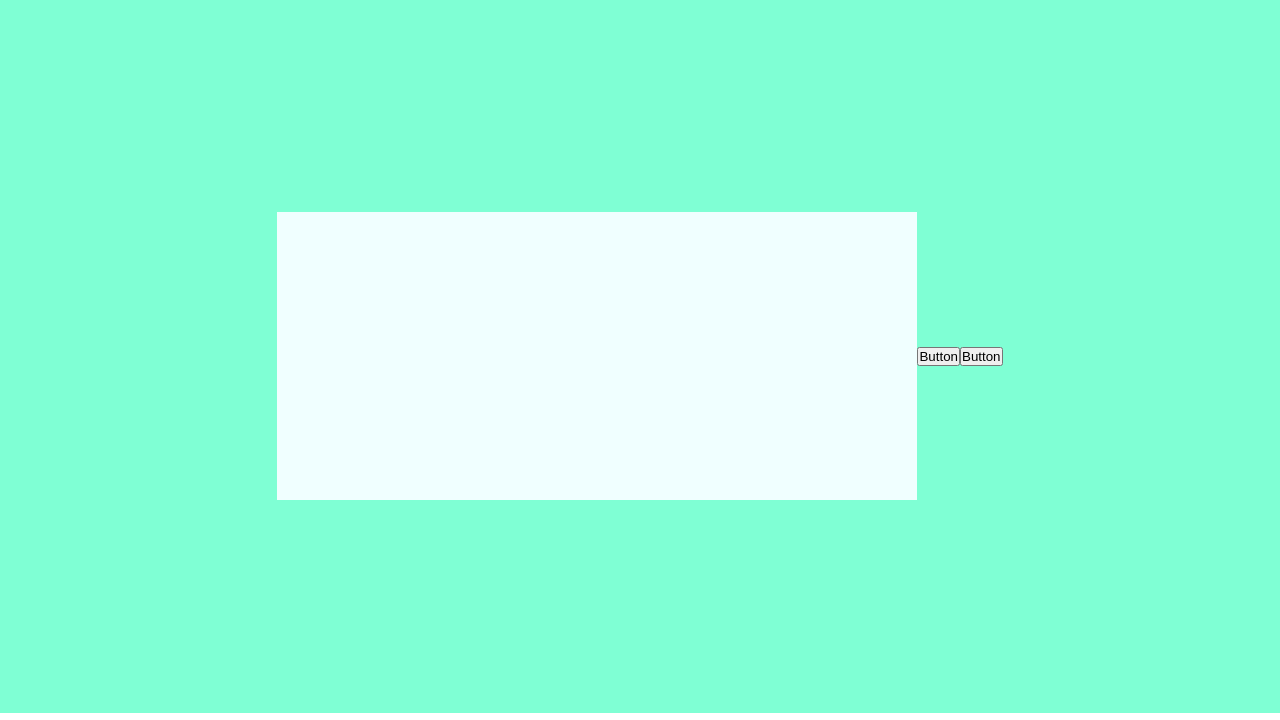
Repository: gitveerak/git-message-chat
Page: demo/demo.html
The author's editor kept a copy of each file at every save. The page is drawn from the files as they stood at one save, then again after the next save.
The browser window is 1280 px wide. The pictures show the whole page.

Above is the page before, as saved 2025-04-19 16:58:21.

After the next save:
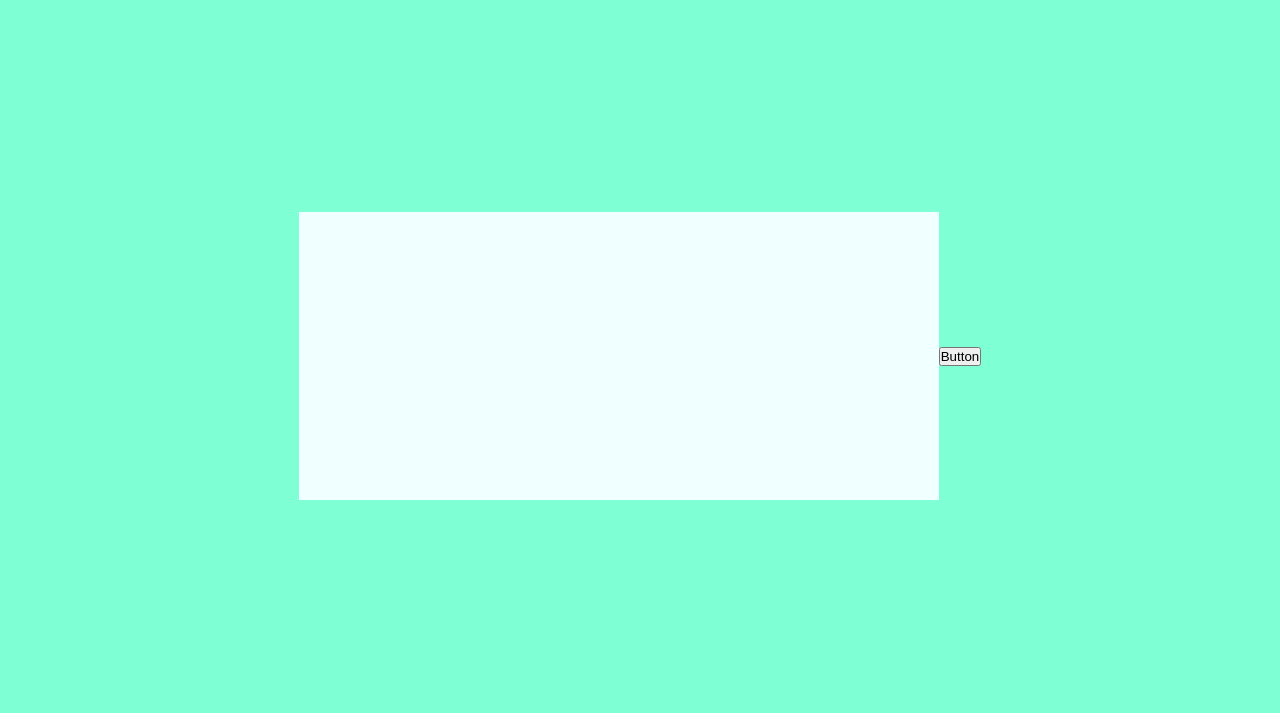
Saved 8 s later.
--- a/demo/demo.html
+++ b/demo/demo.html
@@ -79,7 +79,6 @@
             </div>
         </div>
         <button type="button" onclick="btn()">Button</button>
-        <button type="button" onclick="btn1()">Button</button>
     </div>
     <script>
         const img_icon = document.querySelector('.img_icon');
